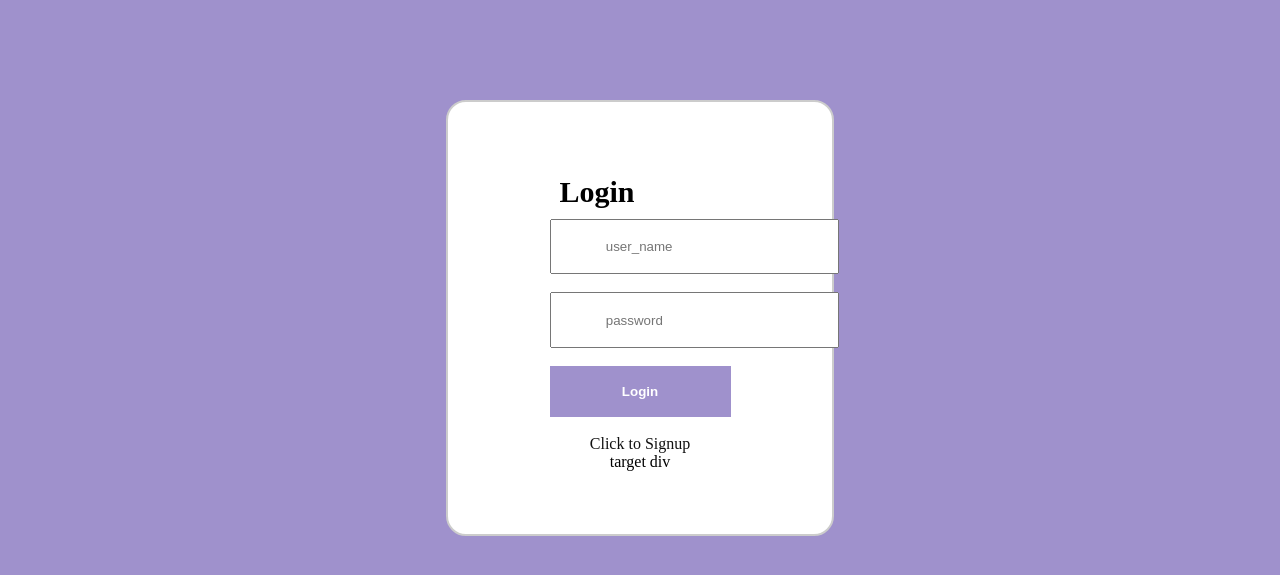
Repository: prathyushaa5/artgallery
Page: http://localhost/index/login.php
These files come from the project's save history. The page is drawn as it stood at one moment and after the next save; the edit follows.
The browser window is 1280 px wide. The pictures show the whole page.
The page is run by PHP 8.4 with error messages shown; the project is at /var/www/html/.

Above is the page before, as saved 2023-11-16 14:33:53.

After the next save:
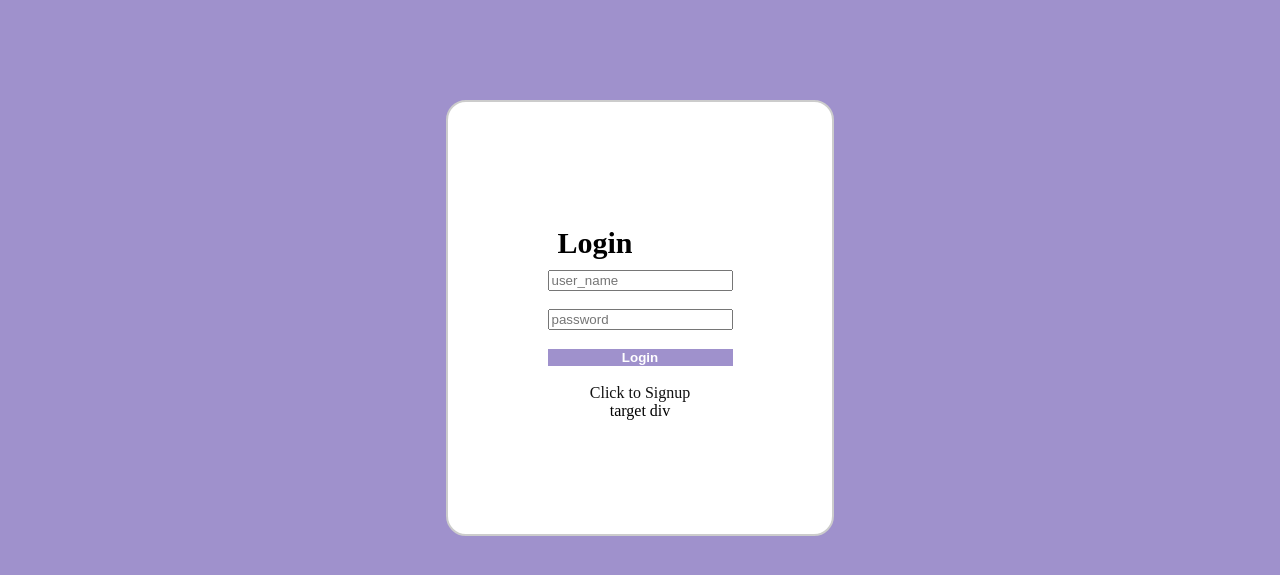
Saved 64 s later.
--- a/index/style.css
+++ b/index/style.css
@@ -28,7 +28,7 @@ body{
     text-align:center;
 }
 input{
-    padding:10% 30%;
+
 }
 a{
     text-decoration:none;
